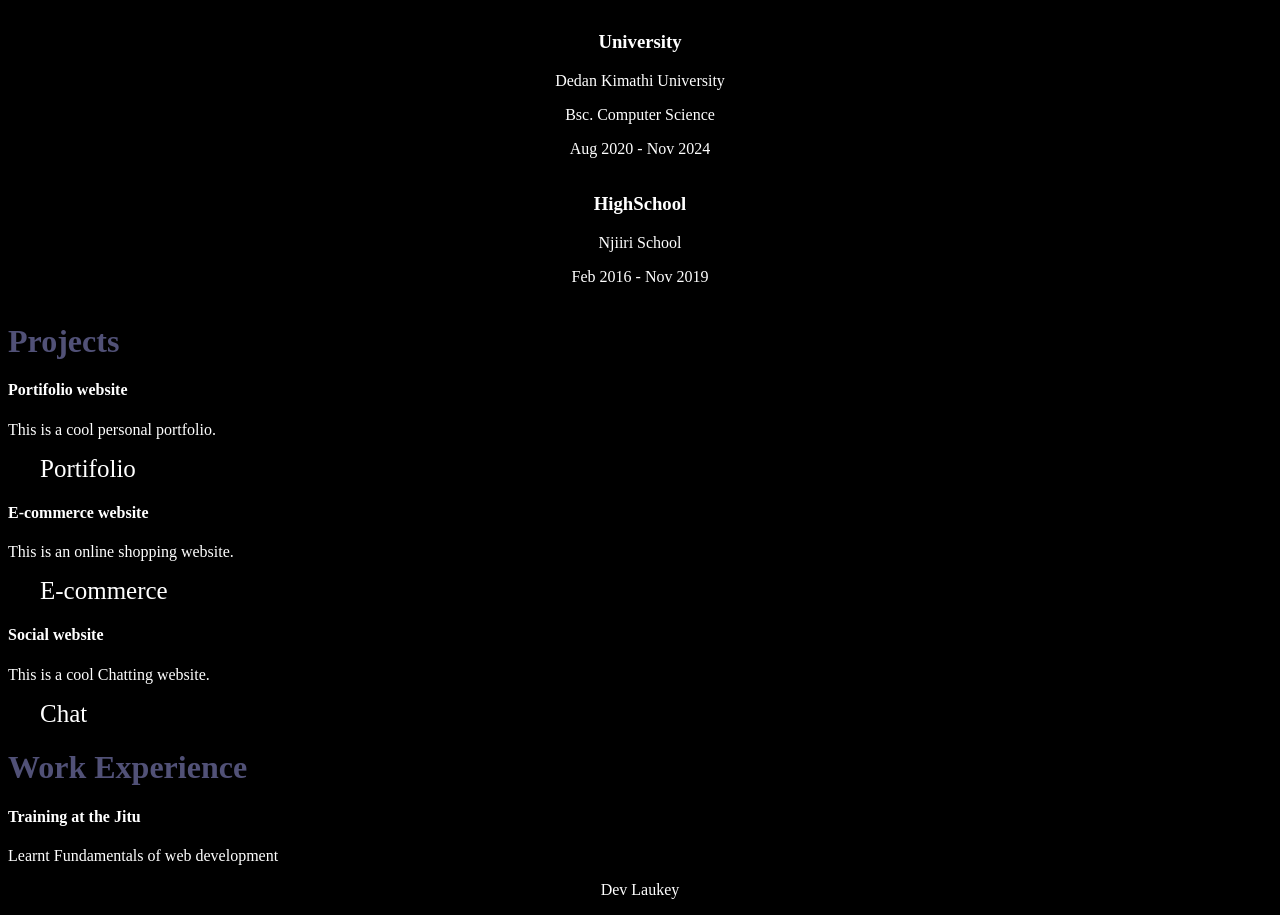
Repository: LaukeyMwaura/Jitu-Day-2
Page: index.html
These files come from the project's save history. The page is drawn as it stood at one moment and after the next save; the edit follows.
The browser window is 1280 px wide. The pictures show the part of the page from y = 1041 to 1993 px (the page is 1956 px tall before and 1993 px after).
A picture or video elsewhere on the page could not be fetched, so the positions and the page height are approximate.

Above is the page before, as saved 2022-05-11 14:46:15.

After the next save:
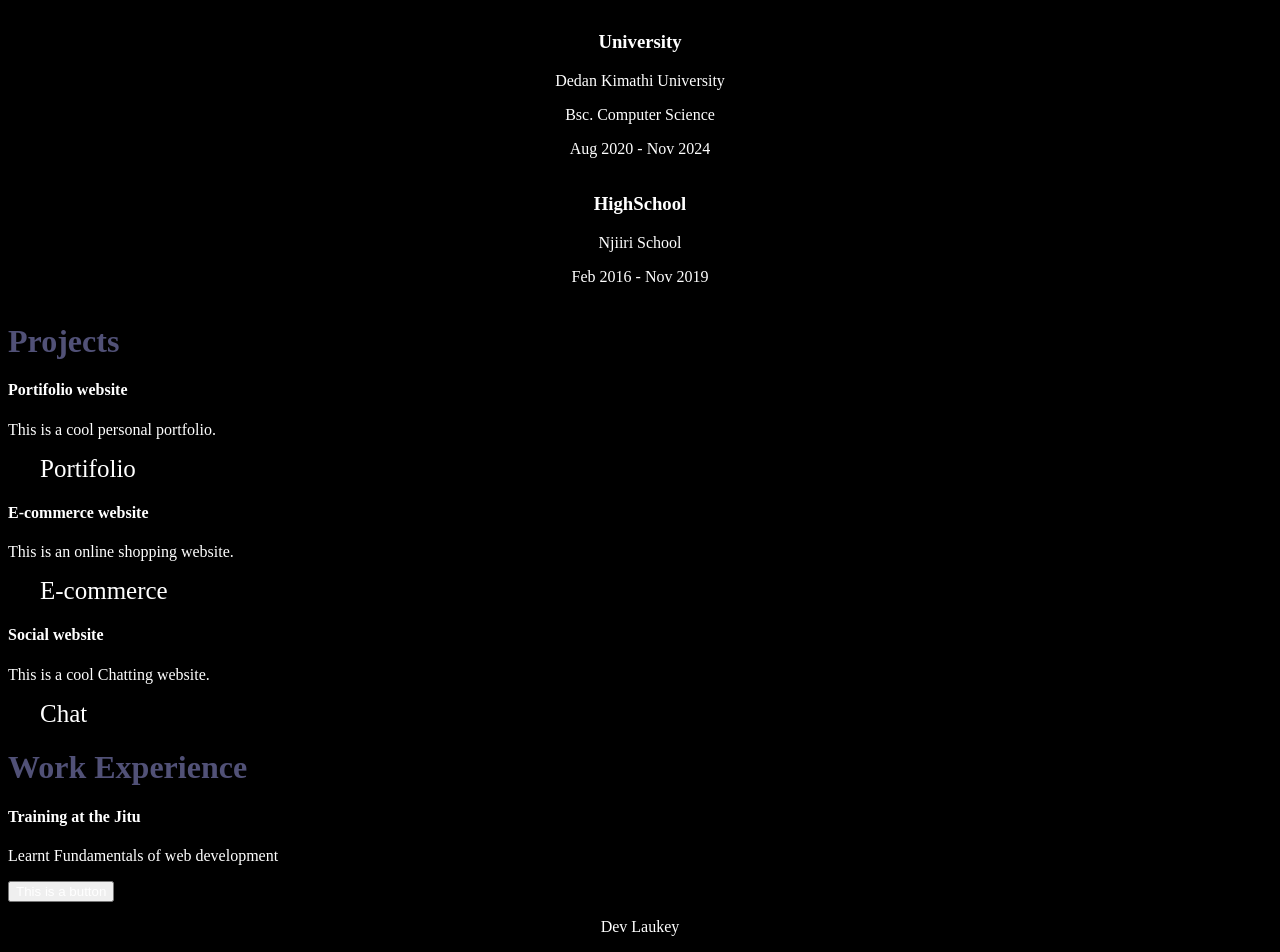
Saved 44 s later.
--- a/index.html
+++ b/index.html
@@ -80,6 +80,9 @@
         <p>Learnt Fundamentals of web development</p>
       </div>
     </div>
+    <button>
+      This is a button
+    </button>
     <footer style="background-color: black; color: white; text-align: center">
       <p>Dev Laukey</p>
     </footer>
